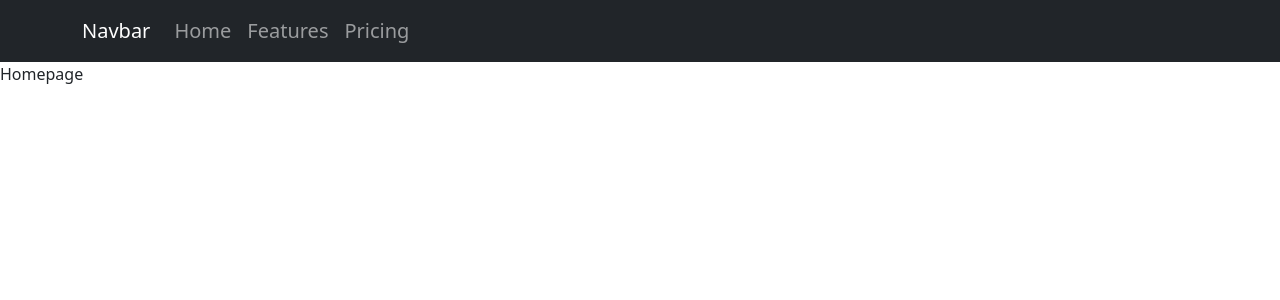
Repository: Luisossandoval/LuisHomePage
Page: /
An editor plug-in stored every save of this project. The page is shown before and after the next save, followed by the edit.
The browser window is 1280 px wide. The pictures show the whole page.
The project was rebuilt for these pictures with package versions that can differ from the ones it lists, and the page was loaded fresh each time. Also part of the build but not shown: src/App.css, src/pages/NotFoundPage/NotFoundPage.jsx. Imported but missing from the stored project, and not drawn on this page: src/pages/Biography/Biography.

Above is the page before, as saved 2024-10-16 22:51:42.

After the next save:
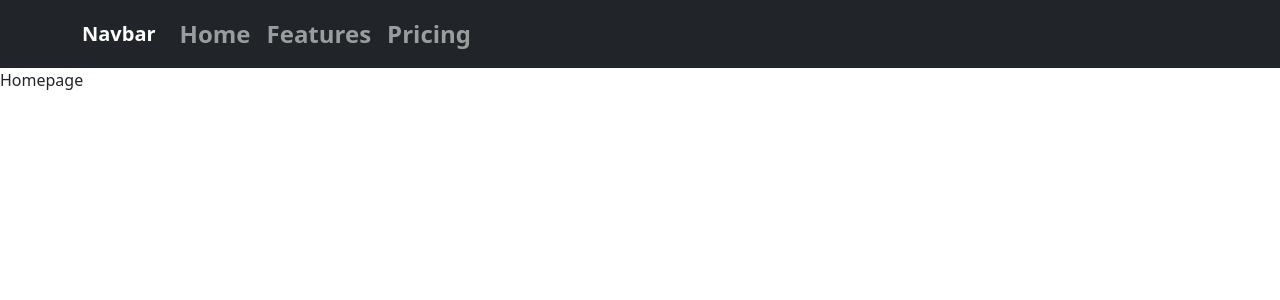
Saved 1 s later.
--- a/src/layout/AppLayout.module.css
+++ b/src/layout/AppLayout.module.css
@@ -1,3 +1,4 @@
 .menu_items {
-  font-size: 20px;
+  font-size: 24px;
+  font-weight: 700;
 }
